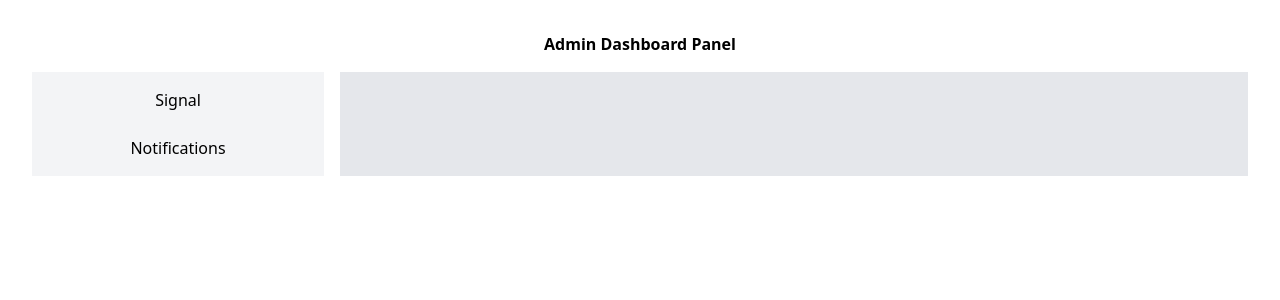
Repository: RahmanRakib9/Aurora-client-side
Page: /
An editor plug-in stored every save of this project. The page is shown before and after the next save, followed by the edit.
The browser window is 1280 px wide. The pictures show the whole page.
The project was rebuilt for these pictures with package versions that can differ from the ones it lists, and the page was loaded fresh each time. Also part of the build but not shown: vite.config.js, src/components/home/Sidebar.jsx, src/components/home/Signal.jsx, src/components/home/Notification.jsx.

Above is the page before, as saved 2023-05-12 20:21:58.

### index.html
<!DOCTYPE html>
<html lang="en">
  <head>
    <meta charset="UTF-8" />
    <link rel="icon" type="image/svg+xml" href="/vite.svg" />
    <meta name="viewport" content="width=device-width, initial-scale=1.0" />
    <title>ADMIN DASHBOARD</title>
  </head>
  <body>
    <div id="root"></div>
    <script type="module" src="/src/main.jsx"></script>
  </body>
</html>

### src/App.jsx
import { useState } from "react";
import "./App.css";
import { Link, RouterProvider, createBrowserRouter } from "react-router-dom";
import Home from "./components/home/Home";
import Signal from "./components/home/Signal";
import Notification from "./components/home/Notification";

function App() {
  const router = createBrowserRouter([
    {
      path: "/",
      element: <Home />,
      children: [
        { path: "/signal", element: <Signal /> },
        { path: "/notification", element: <Notification /> },
      ],
    },
  ]);
  return (
    <div>
      <RouterProvider router={router}></RouterProvider>
    </div>
  );
}

export default App;

### src/components/home/Home.jsx
import React from "react";
import Sidebar from "./Sidebar";
import { Link, NavLink, Outlet } from "react-router-dom";

const Home = () => {
  return (
    <div>
      <h1 className="font-bold text-center">Admin Dashboard Panel</h1>
      <div className="grid grid-cols-8 gap-4 mt-4">
        <div className="col-span-8 md:col-span-2 bg-gray-100 p-4">
          <NavLink
            to="/signal"
            className={({ isActive }) =>
              isActive ? "text-blue-300 font-bold" : undefined
            }
          >
            <h2>Signal</h2>
          </NavLink>
          <br />

          <NavLink
            to="/notification"
            className={({ isActive }) =>
              isActive ? "text-blue-300 font-bold" : undefined
            }
          >
            <h2>Notifications</h2>
          </NavLink>
        </div>

        <div className="col-span-8 md:col-span-6 bg-gray-200 p-4">
          {/* <div>here is main rendering component</div> */}
          <Outlet />
        </div>
      </div>
    </div>
  );
};

export default Home;

Loaded but not shown: src/main.jsx (common file); src/index.css (common file); src/App.css (common file); tailwind.config.js (common file)

After the next save:
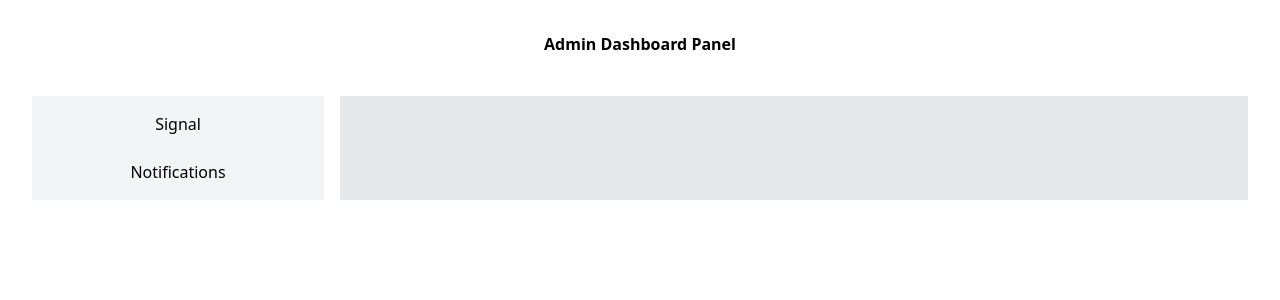
Saved 5 s later.
--- a/src/components/home/Home.jsx
+++ b/src/components/home/Home.jsx
@@ -6,7 +6,7 @@ const Home = () => {
   return (
     <div>
       <h1 className="font-bold text-center">Admin Dashboard Panel</h1>
-      <div className="grid grid-cols-8 gap-4 mt-4">
+      <div className="grid grid-cols-8 gap-4 mt-10">
         <div className="col-span-8 md:col-span-2 bg-gray-100 p-4">
           <NavLink
             to="/signal"
